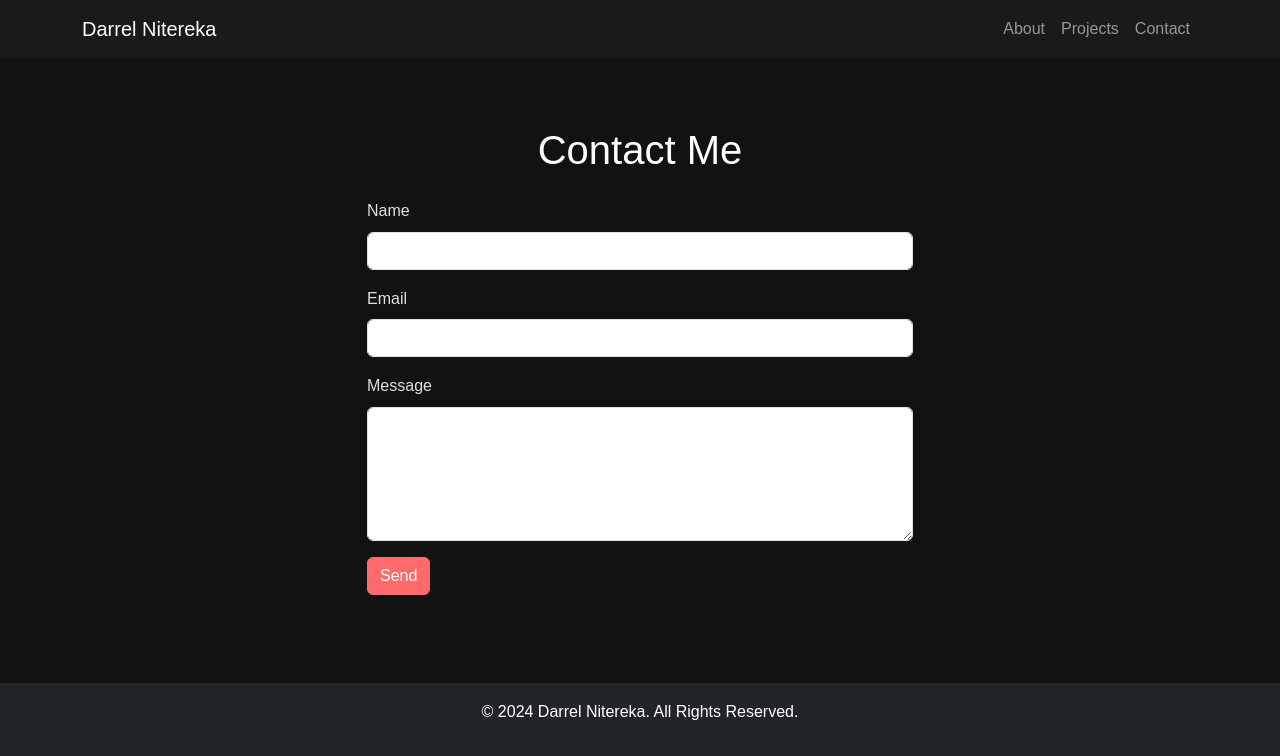
Repository: DarrelN15/DarrelN15.github.io
Page: contact.html
An editor plug-in stored every save of this project. The page is shown before and after the next save, followed by the edit.
The browser window is 1280 px wide. The pictures show the whole page.

Above is the page before, as saved 2025-01-28 17:12:08.

After the next save:
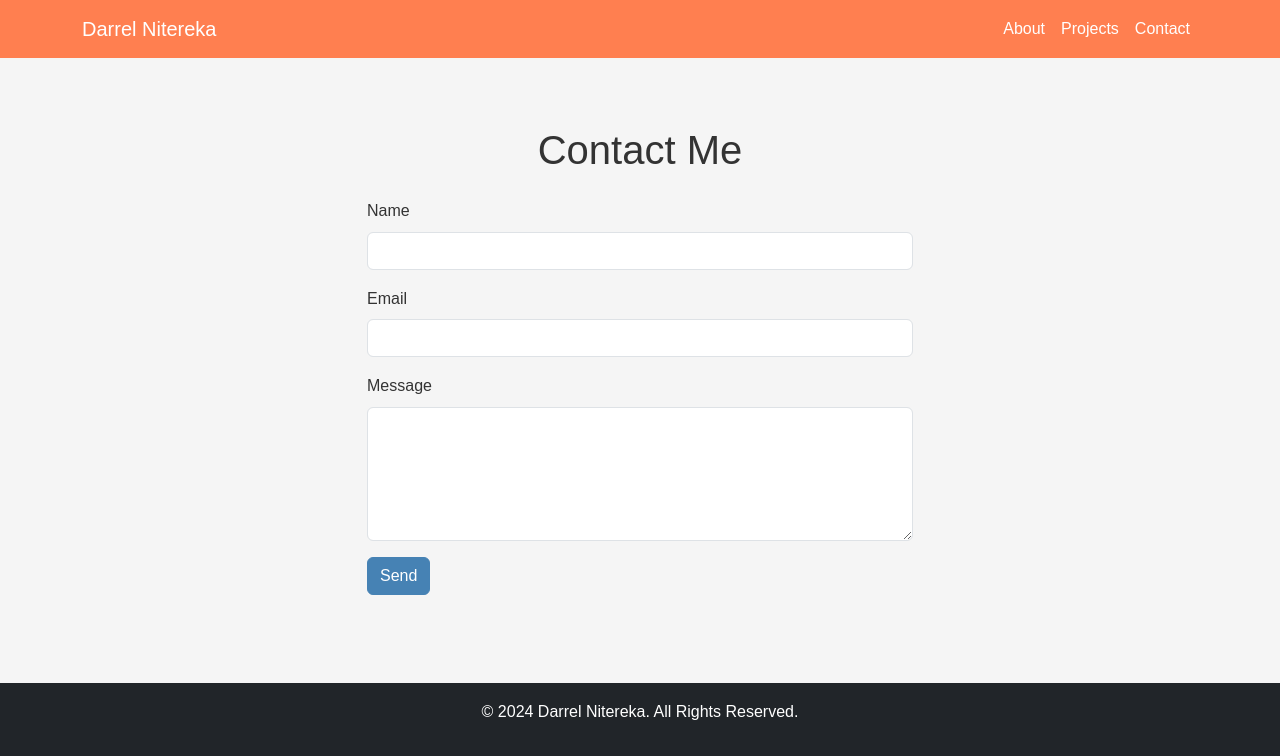
Saved 2 min 55 s later.
--- a/css/styles.css
+++ b/css/styles.css
@@ -1,45 +1,52 @@
-/* Modern Minimalist (Dark Theme) */
+/* Warm and Inviting Color Scheme */
 body {
-  background-color: #121212;
-  color: #E0E0E0;
+  background-color: #F5F5F5;
+  color: #333333;
   font-family: Arial, sans-serif;
   line-height: 1.6;
 }
 
 h1, h2, h3 {
-  color: #FFFFFF;
+  color: #333333;
 }
 
 .navbar {
-  background-color: #1A1A1A !important;
+  background-color: #FF7F50 !important; /* Coral */
   margin-bottom: 20px;
 }
 
+.navbar-dark .navbar-nav .nav-link {
+  color: #FFFFFF !important; /* White text for navbar links */
+}
+
 header {
-  background: #1A1A1A;
-  color: #FFFFFF;
+  background: #FF7F50; /* Coral */
+  color: #FFFFFF; /* White text */
   padding: 60px 0;
 }
 
 .btn-primary {
-  background-color: #FF6B6B;
-  border-color: #FF6B6B;
+  background-color: #4682B4; /* Steel Blue */
+  border-color: #4682B4;
 }
 
 .btn-primary:hover {
-  background-color: #FF5252;
-  border-color: #FF5252;
+  background-color: #357ABD; /* Slightly darker blue */
+  border-color: #357ABD;
 }
 
 .card {
-  background-color: #1A1A1A;
-  color: #E0E0E0;
+  background-color: #FFFFFF;
+  color: #333333;
   margin-bottom: 20px;
+  border: 1px solid #DDDDDD;
+  border-radius: 8px;
+  box-shadow: 0 4px 6px rgba(0, 0, 0, 0.1);
 }
 
 footer {
-  background: #1A1A1A;
-  color: #E0E0E0;
+  background: #FF7F50; /* Coral */
+  color: #FFFFFF; /* White text */
   padding: 20px 0;
   margin-top: 40px;
 }
